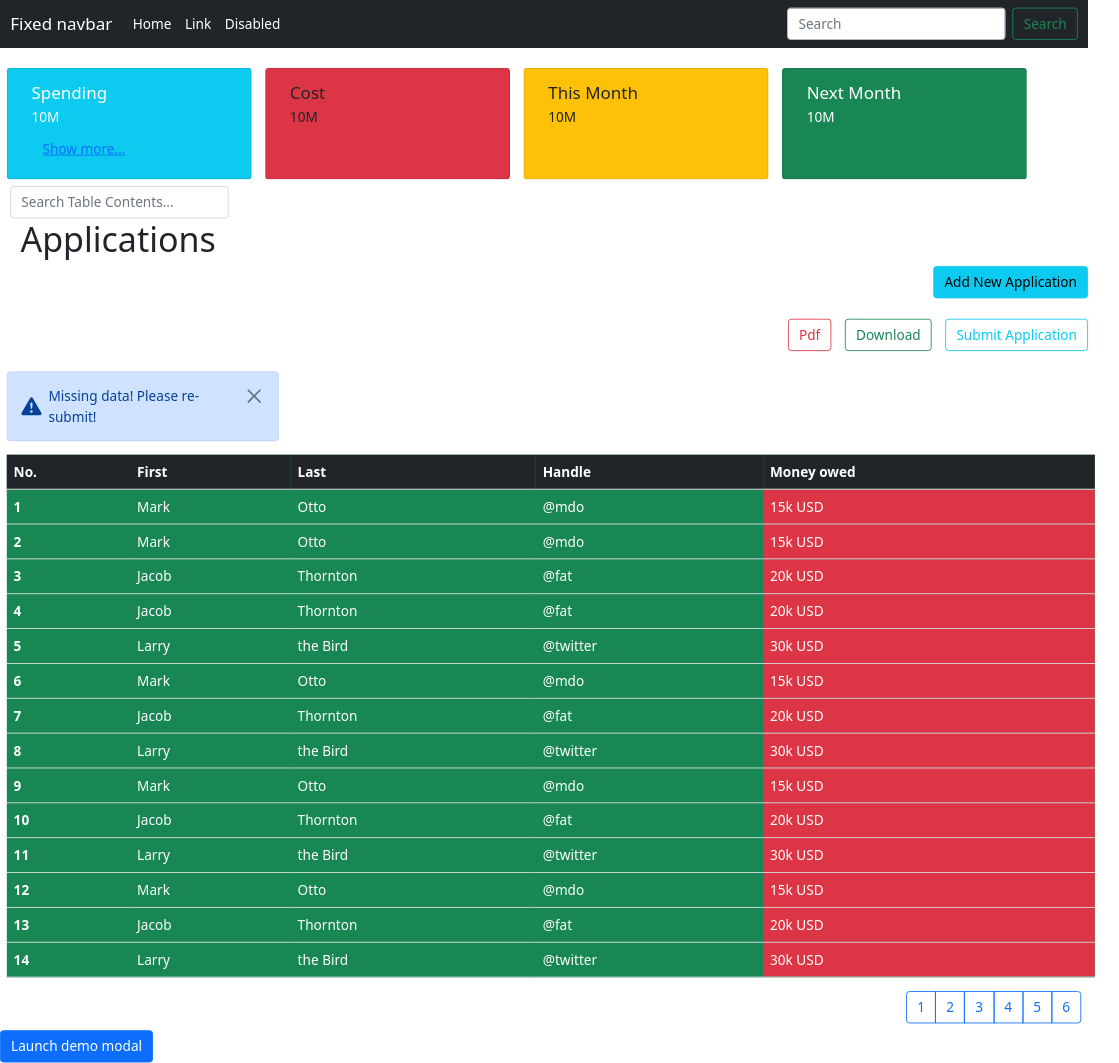
Repository: Dayvid0/BOOTSTRAP-TUTORIALS
Page: BOOTSTRAP-GRID-LAYOUTS/zylo.html
An editor plug-in stored every save of this project. The page is shown before and after the next save, followed by the edit.
The browser window is 1280 px wide. The page is 1316 px wide, so the pictures cover 1316 px, including what lies to the right of the window. The pictures show the whole page, at 85% of full size.

Above is the page before, as saved 2025-02-01 12:13:44.

### BOOTSTRAP-GRID-LAYOUTS/zylo.html
<!doctype html>
<html lang="en">
  <head>
    <!-- Required meta tags -->
    <meta charset="utf-8">
    <meta name="viewport" content="width=device-width, initial-scale=1">
    <!-- Bootstrap CSS -->
    <link href="https://cdn.jsdelivr.net/npm/bootstrap@5.0.2/dist/css/bootstrap.min.css" rel="stylesheet" integrity="sha384-EVSTQN3/azprG1Anm3QDgpJLIm9Nao0Yz1ztcQTwFspd3yD65VohhpuuCOmLASjC" crossorigin="anonymous">
    <title>ZYLO</title>
    <style>
      body {
      min-height: 75rem;
      padding-top: 4.5rem;
}
    </style>
  </head>
  <body>
    <div class="container-fluid">
      <div class="row">
          <div class="card m-2 col-md-3 bg-info text-white" style="width: 18rem;">
              <div class="card-body">
                  <h5 class="card-title">Spending</h5>
                  <h6>10M</h6>
                  <a href="#" class="btn btn-link" data-bs-toggle="collapse" data-bs-target="#showSpending">
                      Show more...
                  </a>
              </div>
      <!-- Collapsible Message -->
      <div class="collapse bg-warning p-2" id="showSpending">
          Div showing Spending
      </div>
  </div>
        <div class="card m-2 col-md-3 bg-danger" style="width: 18rem;">
          <div class="card-body">
            <h5 class="card-title">Cost</h5>
            <h6>10M</h6>
          </div>
        </div>
        <div class="card m-2 col-md-3 bg-warning" style="width: 18rem;">
          <div class="card-body">
            <h5 class="card-title">This Month</h5>
            <h6>10M</h6>
          </div>
        </div>
        <div class="card m-2 col-md-3 bg-success text-white" style="width: 18rem;">
          <div class="card-body">
            <h5 class="card-title">Next Month</h5>
            <h6>10M</h6>
          </div>
        </div>
      </div>
    </div>
    <nav class="navbar navbar-expand-md navbar-dark fixed-top bg-dark">
      <div class="container-fluid">
        <a class="navbar-brand" href="#">Fixed navbar</a>
        <button class="navbar-toggler" type="button" data-bs-toggle="collapse" data-bs-target="#navbarCollapse" aria-controls="navbarCollapse" aria-expanded="false" aria-label="Toggle navigation">
          <span class="navbar-toggler-icon"></span>
        </button>
        <div class="collapse navbar-collapse" id="navbarCollapse">
          <ul class="navbar-nav me-auto mb-2 mb-md-0">
            <li class="nav-item">
              <a class="nav-link active" aria-current="page" href="#">Home</a>
            </li>
            <li class="nav-item">
              <a class="nav-link active" href="#">Link</a>
            </li>
            <li class="nav-item">
              <a class="nav-link active" href="#" tabindex="-1" aria-disabled="true">Disabled</a>
            </li>
          </ul>
          <form class="d-flex">
            <input class="form-control me-2" type="search" placeholder="Search" aria-label="Search">
            <button class="btn btn-outline-success" type="submit">Search</button>
          </form>
        </div>
      </div>
    </nav>
      <div class="row  ">
        <input class="form-control  mx-4 w-auto " type="search" placeholder="Search Table Contents..." aria-label="Search">
        <h1 class="mx-4">Applications</h1>
      </div>
      <!--buttons-->
      <div class="col d-flex  justify-content-end pb-4">
            <button type="button" class="btn btn-info" data-bs-toggle="modal" data-bs-target="#exampleModal">
              Add New Application</button>
        </div>
      </div>
      <div class="col pb-4 d-flex gap-3 justify-content-end align-items ">
        <button type="button" class="btn btn-outline-danger">Pdf</button>
        <button type="button" class="btn btn-outline-success">Download</button>
        <button type="button" class="btn btn-outline-info">Submit Application</button>
      </div>
      <!--Alerts-->
      <div class="alert alert-primary d-flex align-items-left  w-25 mx-2" role="alert">
        <div class="d-flex align-items-center w-">
            <svg xmlns="http://www.w3.org/2000/svg" width="24" height="24" fill="currentColor" class="bi bi-exclamation-triangle-fill flex-shrink-0 me-2" viewBox="0 0 16 16" role="img" aria-label="Warning:">
                <path d="M8.982 1.566a1.13 1.13 0 0 0-1.96 0L.165 13.233c-.457.778.091 1.767.98 1.767h13.713c.889 0 1.438-.99.98-1.767L8.982 1.566zM8 5c.535 0 .954.462.9.995l-.35 3.507a.552.552 0 0 1-1.1 0L7.1 5.995A.905.905 0 0 1 8 5zm.002 6a1 1 0 1 1 0 2 1 1 0 0 1 0-2z"/>
            </svg>
            <div>
                Missing data! Please re-submit!
            </div>
        </div>
        <button type="button" class="btn-close ms-auto" data-bs-dismiss="alert" aria-label="Close"></button>
    </div>
      <!--End of alerts-->
    <table class="table table-hover mx-2 bg-success text-white">
      <thead class="bg-dark text-white">
        <tr >
          <th scope="col">No.</th>
          <th scope="col">First</th>
          <th scope="col">Last</th>
          <th scope="col">Handle</th>
          <th scope="col">Money owed</th>
        </tr>
      </thead>
      <tbody>
        <tr>
          <th scope="row">1</th>
          <td>Mark</td>
          <td>Otto</td>
          <td>@mdo</td>
          <td class="bg-danger">15k USD</td>
        </tr>
        <tr>
          <th scope="row">2</th>
          <td>Mark</td>
          <td>Otto</td>
          <td>@mdo</td>
          <td class="bg-danger">15k USD</td>
        </tr>
        <tr>
          <th scope="row">3</th>
          <td>Jacob</td>
          <td>Thornton</td>
          <td>@fat</td>
          <td class="bg-danger">20k USD</td>
        </tr>
        <tr>
          <tr>
            <th scope="row">4</th>
            <td>Jacob</td>
            <td>Thornton</td>
            <td>@fat</td>
            <td class="bg-danger">20k USD</td>
          </tr>
          <tr>
          <th scope="row">5</th>
          <td >Larry </td>
          <td>the Bird</td>
          <td>@twitter</td>
          <td class="bg-danger">30k USD</td>
        </tr>
        <tr>
          <th scope="row">6</th>
          <td>Mark</td>
          <td>Otto</td>
          <td>@mdo</td>
          <td class="bg-danger">15k USD</td>
        </tr>
        <tr>
          <th scope="row">7</th>
          <td>Jacob</td>
          <td>Thornton</td>
          <td>@fat</td>
          <td class="bg-danger">20k USD</td>
        </tr>
        <tr>
          <th scope="row">8</th>
          <td>Larry </td>
          <td>the Bird</td>
          <td>@twitter</td>
          <td class="bg-danger">30k USD</td>
        </tr>
        <tr>
          <th scope="row">9</th>
          <td>Mark</td>
          <td>Otto</td>
          <td>@mdo</td>
          <td class="bg-danger">15k USD</td>
        </tr>
        <tr>
          <th scope="row">10</th>
          <td>Jacob</td>
          <td>Thornton</td>
          <td>@fat</td>
          <td class="bg-danger">20k USD</td>
        </tr>
        <tr>
          <th scope="row">11</th>
          <td>Larry </td>
          <td>the Bird</td>
          <td>@twitter</td>
          <td class="bg-danger">30k USD</td>
        </tr>
        <tr>
          <th scope="row">12</th>
          <td>Mark</td>
          <td>Otto</td>
          <td>@mdo</td>
          <td class="bg-danger">15k USD</td>
        </tr>
        <tr>
          <th scope="row">13</th>
          <td>Jacob</td>
          <td>Thornton</td>
          <td>@fat</td>
          <td class="bg-danger">20k USD</td>
        </tr>
        <tr>
          <th scope="row">14</th>
          <td>Larry </td>
          <td>the Bird</td>
          <td>@twitter</td>
          <td class="bg-danger">30k USD</td>
        </tr>
      </tbody>
    </table>
    <div class="d-flex justify-content-end m-2">
    <div class="btn-group" role="group" aria-label="Basic example">
      <button type="button" class="btn btn-outline-primary">1</button>
      <button type="button" class="btn btn-outline-primary ">2</button>
      <button type="button" class="btn btn-outline-primary">3</button>
      <button type="button" class="btn btn-outline-primary">4</button>
      <button type="button" class="btn btn-outline-primary ">5</button>
      <button type="button" class="btn btn-outline-primary">6</button>
    </div>
  </div>
  <!-- Button trigger modal -->
<button type="button" class="btn btn-primary" data-bs-toggle="modal" data-bs-target="#exampleModal">
  Launch demo modal
</button>
<!-- Modal -->
<div class="modal fade" id="exampleModal" tabindex="-1" aria-labelledby="exampleModalLabel" aria-hidden="true">
  <div class="modal-dialog">
    <div class="modal-content">
      <div class="modal-header">
        <h5 class="modal-title" id="exampleModalLabel">NEW APPLICATION</h5>
        <button type="button" class="btn-close" data-bs-dismiss="modal" aria-label="Close"></button>
      </div>
      <div class="modal-body">
        Live demo
Toggle a working modal demo by clicking the button below. It will slide down and fade in from the top of the page.
      </div>
      <div class="modal-footer">
        <button type="button" class="btn btn-secondary" data-bs-dismiss="modal">Close</button>
        <button type="button" class="btn btn-primary">Download</button>
        <button type="button" class="btn btn-success">PDF</button>
        <button type="button" class="btn btn-info">Print</button>
      </div>
    </div>
  </div>
</div>
    <script src="https://cdn.jsdelivr.net/npm/bootstrap@5.0.2/dist/js/bootstrap.bundle.min.js" integrity="sha384-MrcW6ZMFYlzcLA8Nl+NtUVF0sA7MsXsP1UyJoMp4YLEuNSfAP+JcXn/tWtIaxVXM" crossorigin="anonymous"></script>
  </body>
</html>

After the next save:
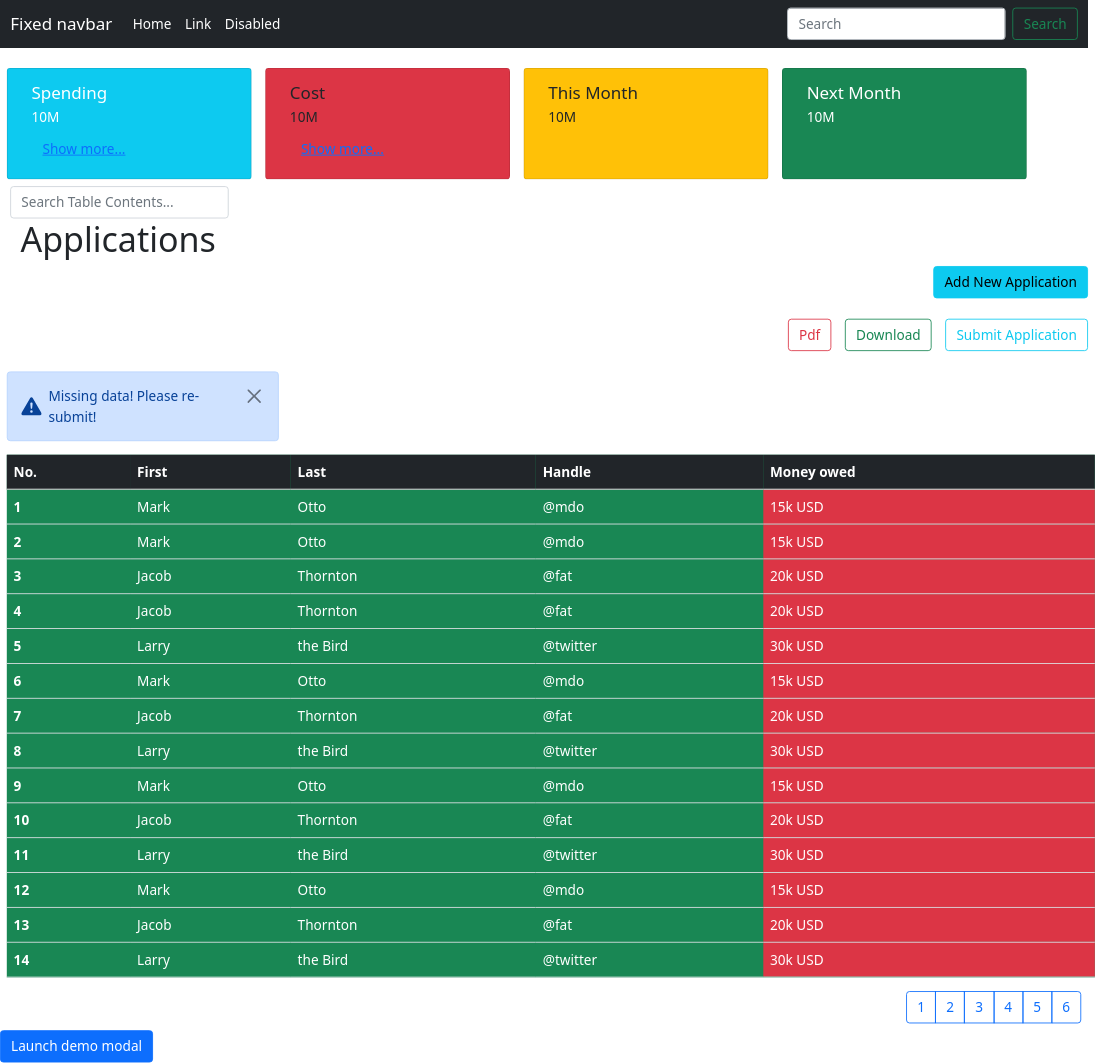
Saved 46 s later.
--- a/BOOTSTRAP-GRID-LAYOUTS/zylo.html
+++ b/BOOTSTRAP-GRID-LAYOUTS/zylo.html
@@ -34,8 +34,15 @@
           <div class="card-body">
             <h5 class="card-title">Cost</h5>
             <h6>10M</h6>
+            <a href="#" class="btn btn-link" data-bs-toggle="collapse" data-bs-target="#showSpending">
+              Show more...
+          </a>
           </div>
         </div>
+          <!-- Collapsible Message -->
+      <div class="collapse bg-warning p-2" id="showSpending">
+        Div showing Spending
+    </div>
         <div class="card m-2 col-md-3 bg-warning" style="width: 18rem;">
           <div class="card-body">
             <h5 class="card-title">This Month</h5>
